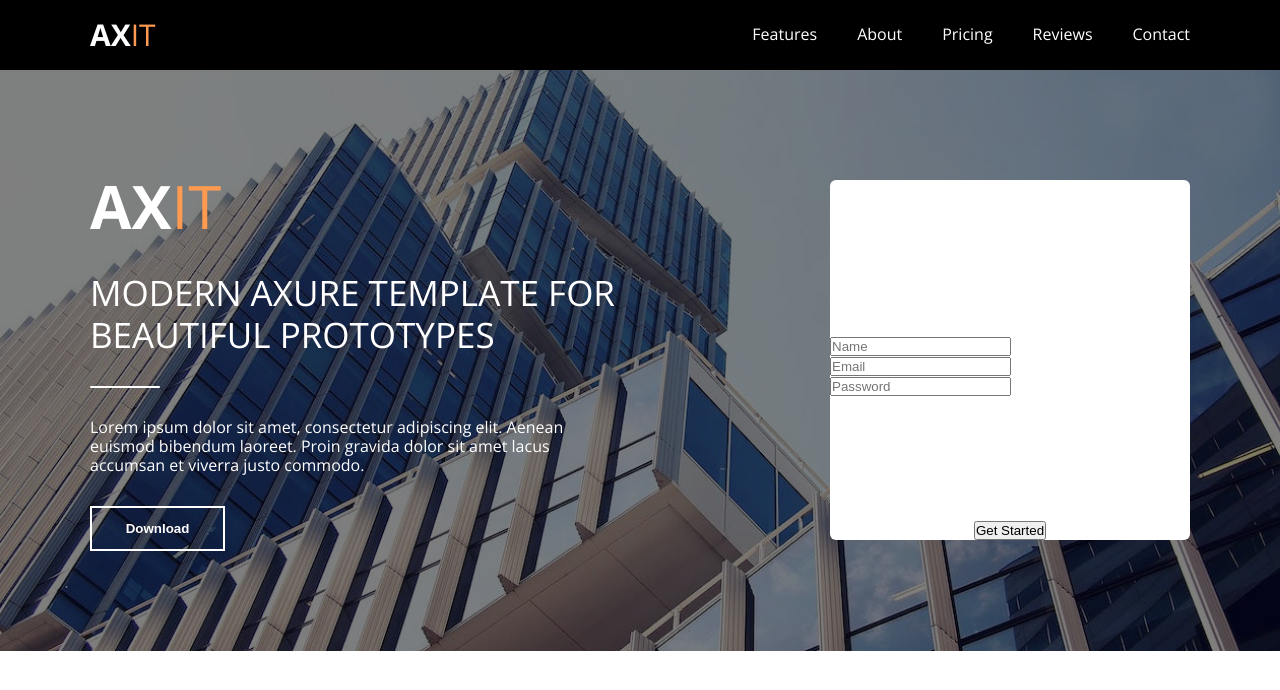
Repository: dinhtri123/axureThems
Page: index.html
The author's editor kept a copy of each file at every save. The page is drawn from the files as they stood at one save, then again after a run of saves.
The browser window is 1280 px wide. The pictures show the whole page.

Above is the page before, as saved 2023-02-11 15:18:42.

After the next 6 saves:
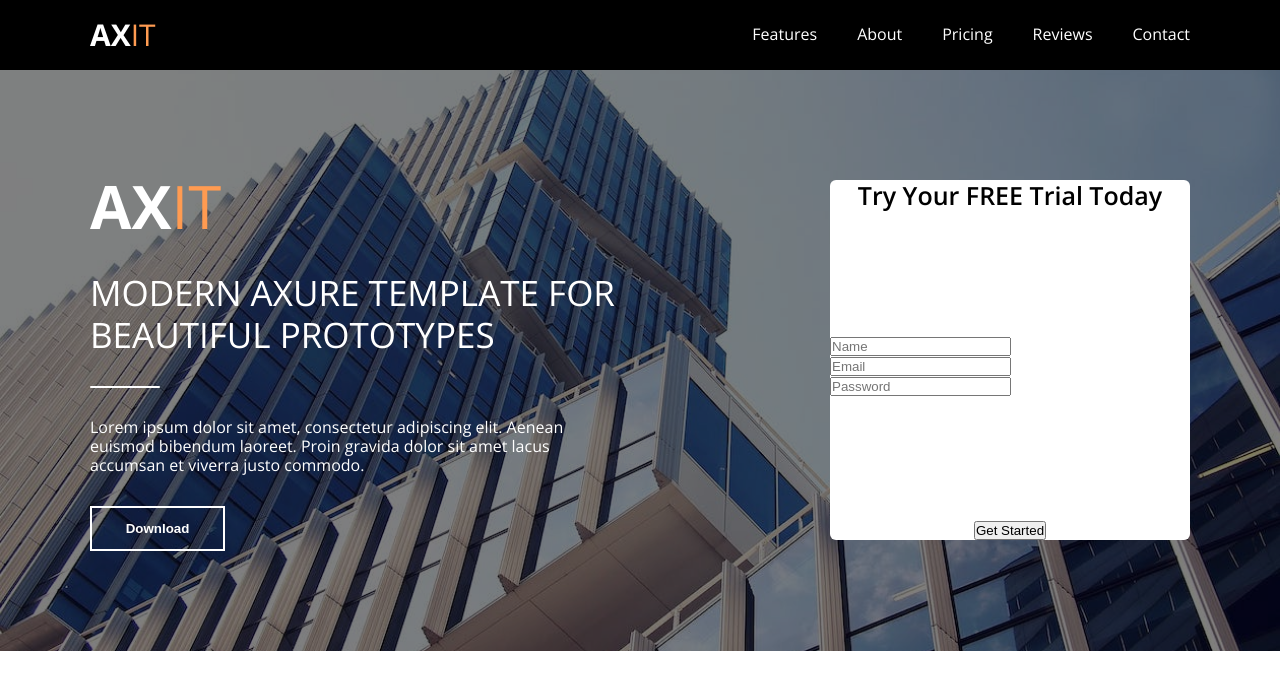
The 6 saves are shown as one change because they came seconds apart.
The last was saved 16 s later.
--- a/style.css
+++ b/style.css
@@ -140,5 +140,6 @@ nav ul li a {
 }
 .formBanner > h3{
     font-size: 25px;
-    color:
+    color:var(--bg-black);
+    font-weight:600;
 }
